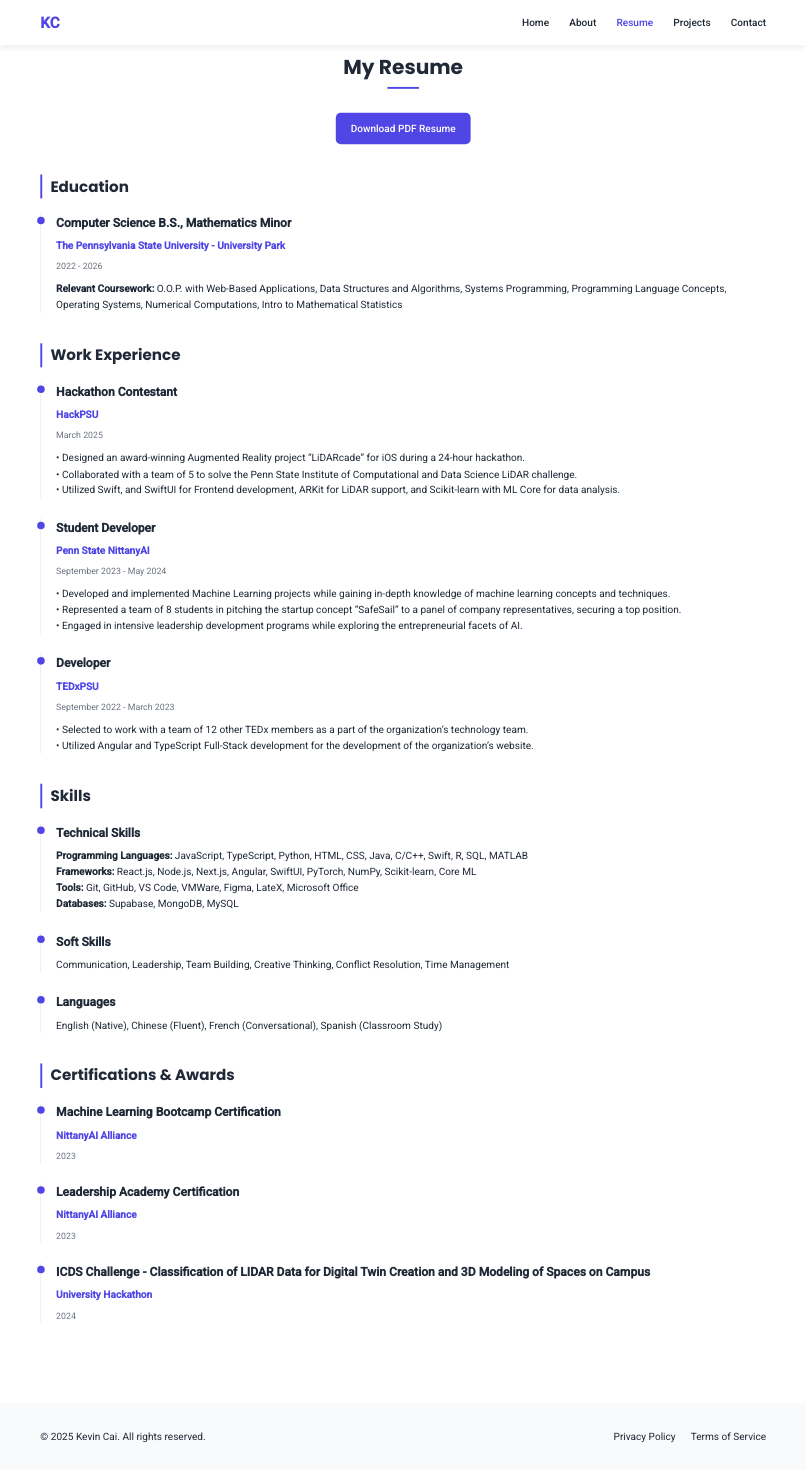
Repository: itskevbo/E-Portfolio
Page: pages/resume.html
The author's editor kept a copy of each file at every save. The page is drawn from the files as they stood at one save, then again after the next save.
The browser window is 1280 px wide. The pictures show the whole page, at 63% of full size.

Above is the page before, as saved 2025-04-15 00:30:58.

After the next save:
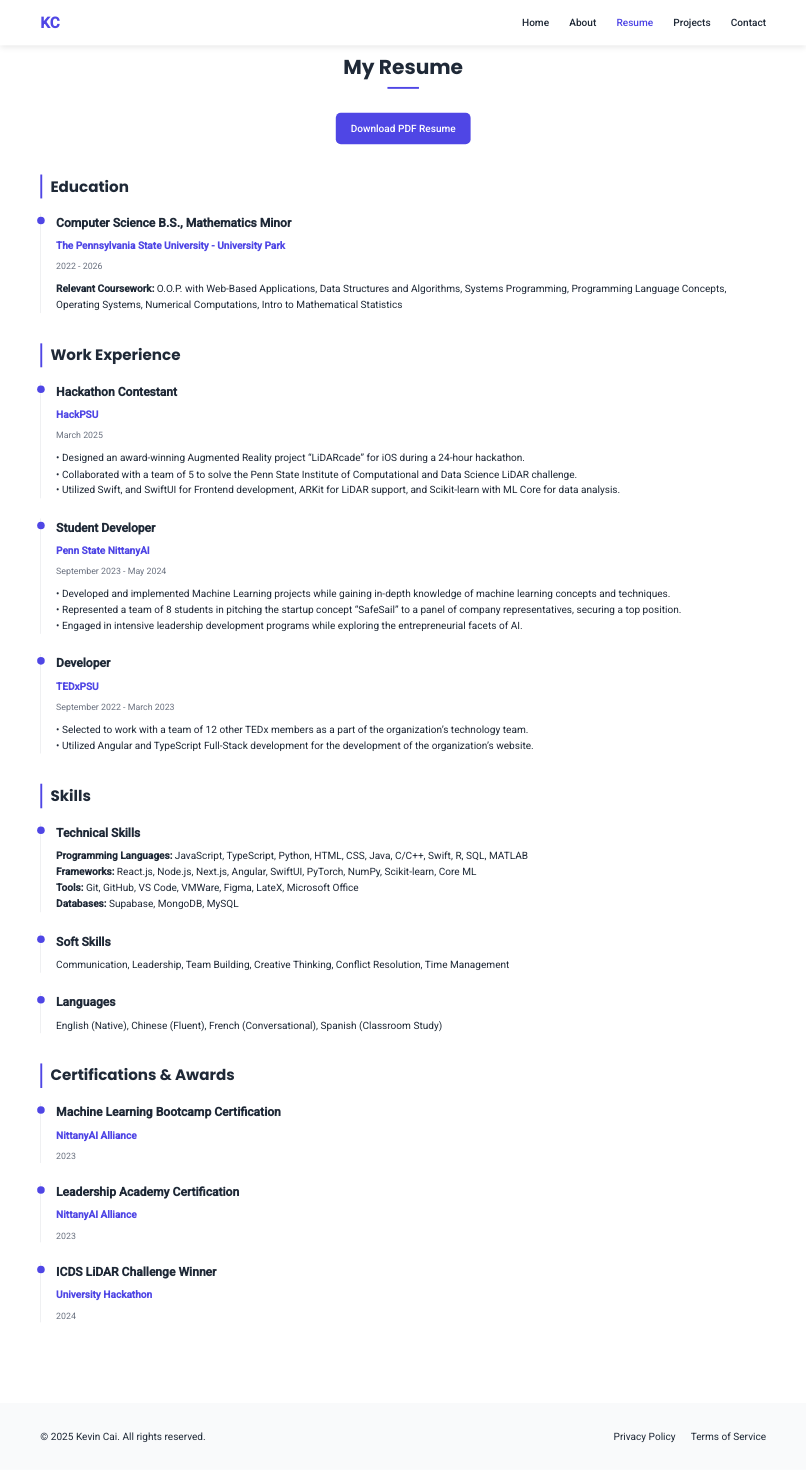
Saved 14 s later.
--- a/pages/resume.html
+++ b/pages/resume.html
@@ -219,7 +219,7 @@
                     </div>
 
                     <div class="resume-item">
-                        <h4 class="resume-item__title">ICDS Challenge - Classification of LIDAR Data for Digital Twin Creation and 3D Modeling of Spaces on Campus </h4>
+                        <h4 class="resume-item__title">ICDS LiDAR Challenge Winner </h4>
                         <h5 class="resume-item__subtitle">University Hackathon</h5>
                         <p class="resume-item__date">2024</p>
                     </div>
